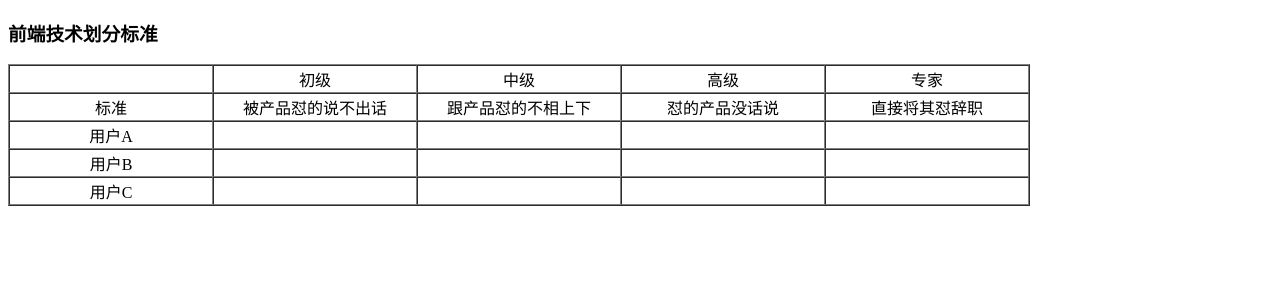
Repository: fixbb/workspace
Page: 006简单表格制作/index.html
An editor plug-in stored every save of this project. The page is shown before and after the next save, followed by the edit.
The browser window is 1280 px wide. The pictures show the whole page.

Above is the page before, as saved 2021-08-23 16:06:17.

### 006简单表格制作/index.html
<!DOCTYPE html>
<html lang="en">
<head>
    <meta charset="UTF-8">
    <meta http-equiv="X-UA-Compatible" content="IE=edge">
    <meta name="viewport" content="width=device-width, initial-scale=1.0">
    <title>表格</title>
</head>
<body>
    <h3>前端技术划分标准</h3>
    <!-- cellspacing表示单元格间隙
        align表示对齐方式
    -->
    <table border="1" cellspacing="0">
        <tr>
            <td width="200px" align="center"></td>
            <td width="200px" align="center">初级</td>
            <td width="200px" align="center">中级</td>
            <td width="200px" align="center">高级</td>
            <td width="200px" align="center">专家</td>
        </tr>
        <tr>
            <td width="200px" align="center">标准</td>
            <td width="200px" align="center">被产品怼的说不出话</td>
            <td width="200px" align="center">跟产品怼的不相上下</td>
            <td width="200px" align="center">怼的产品没话说</td>
            <td width="200px" align="center">直接将其怼辞职</td>
        </tr>
        <tr>
            <td width="200px" align="center">用户A</td>
            <td width="200px" align="center"></td>
            <td width="200px" align="center"></td>
            <td width="200px" align="center"></td>
            <td width="200px" align="center"></td>
        </tr>
        <tr>
            <td width="200px" align="center">用户B</td>
            <td width="200px" align="center"></td>
            <td width="200px" align="center"></td>
            <td width="200px" align="center"></td>
            <td width="200px" align="center"></td>
        </tr>
        <tr>
            <td width="200px" align="center">用户C</td>
            <td width="200px" align="center"></td>
            <td width="200px" align="center"></td>
            <td width="200px" align="center"></td>
            <td width="200px" align="center"></td>
        </tr>
    </table>
</body>
</html>

After the next save:
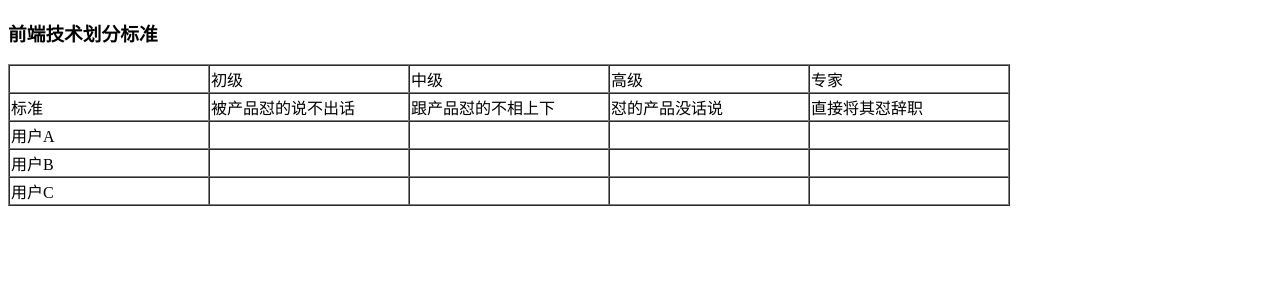
Saved 4 min 41 s later.
--- a/006简单表格制作/index.html
+++ b/006简单表格制作/index.html
@@ -12,40 +12,45 @@
         align表示对齐方式
     -->
     <table border="1" cellspacing="0">
+        <col width="200px" align="center">
+        <col width="200px" align="center">
+        <col width="200px" align="center">
+        <col width="200px" align="center">
+        <col width="200px" align="center">
         <tr>
-            <td width="200px" align="center"></td>
-            <td width="200px" align="center">初级</td>
-            <td width="200px" align="center">中级</td>
-            <td width="200px" align="center">高级</td>
-            <td width="200px" align="center">专家</td>
+            <td></td>
+            <td>初级</td>
+            <td>中级</td>
+            <td>高级</td>
+            <td>专家</td>
         </tr>
         <tr>
-            <td width="200px" align="center">标准</td>
-            <td width="200px" align="center">被产品怼的说不出话</td>
-            <td width="200px" align="center">跟产品怼的不相上下</td>
-            <td width="200px" align="center">怼的产品没话说</td>
-            <td width="200px" align="center">直接将其怼辞职</td>
+            <td>标准</td>
+            <td>被产品怼的说不出话</td>
+            <td>跟产品怼的不相上下</td>
+            <td>怼的产品没话说</td>
+            <td>直接将其怼辞职</td>
         </tr>
         <tr>
-            <td width="200px" align="center">用户A</td>
-            <td width="200px" align="center"></td>
-            <td width="200px" align="center"></td>
-            <td width="200px" align="center"></td>
-            <td width="200px" align="center"></td>
+            <td>用户A</td>
+            <td></td>
+            <td></td>
+            <td></td>
+            <td></td>
         </tr>
         <tr>
-            <td width="200px" align="center">用户B</td>
-            <td width="200px" align="center"></td>
-            <td width="200px" align="center"></td>
-            <td width="200px" align="center"></td>
-            <td width="200px" align="center"></td>
+            <td>用户B</td>
+            <td></td>
+            <td></td>
+            <td></td>
+            <td></td>
         </tr>
         <tr>
-            <td width="200px" align="center">用户C</td>
-            <td width="200px" align="center"></td>
-            <td width="200px" align="center"></td>
-            <td width="200px" align="center"></td>
-            <td width="200px" align="center"></td>
+            <td>用户C</td>
+            <td></td>
+            <td></td>
+            <td></td>
+            <td></td>
         </tr>
     </table>
 </body>
